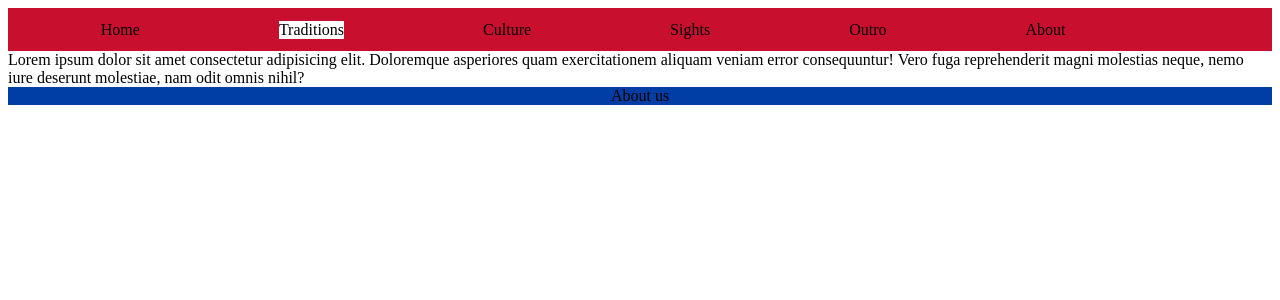
Repository: Cornman63/The-netherlands
Page: culture.html
An editor plug-in stored every save of this project. The page is shown before and after the next save, followed by the edit.
The browser window is 1280 px wide. The pictures show the whole page.

Above is the page before, as saved 2023-05-17 12:12:23.

After the next save:
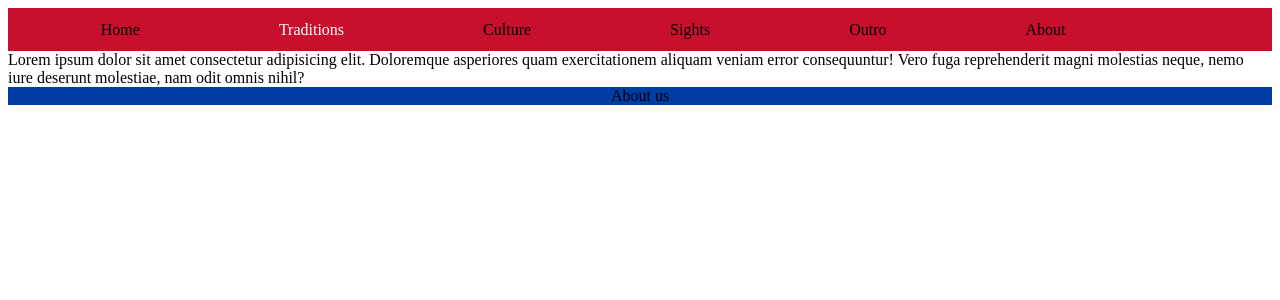
Saved 19 s later.
--- a/culture.html
+++ b/culture.html
@@ -11,7 +11,7 @@
 <body>
     <div class="top">
         <div class="site">Home</div>
-        <div class="site" style="background-color:white">Traditions</div>
+        <div class="site" style="color:white">Traditions</div>
         <div class="site">Culture</div>
         <div class="site">Sights</div>
         <div class="site">Outro</div>
